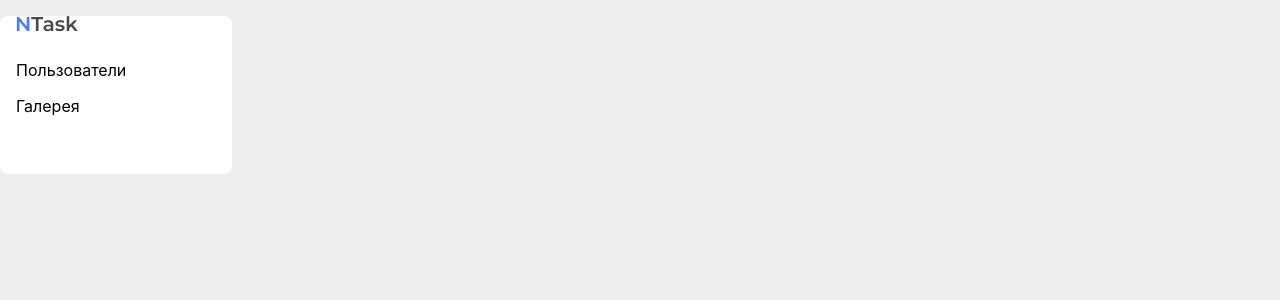
Repository: Grid-Master/NTask
Page: /
An editor plug-in stored every save of this project. The page is shown before and after the next save, followed by the edit.
The browser window is 1280 px wide. The pictures show the whole page.
The project was rebuilt for these pictures with package versions that can differ from the ones it lists, and the page was loaded fresh each time.

Above is the page before, as saved 2023-06-02 15:25:40.

After the next save:
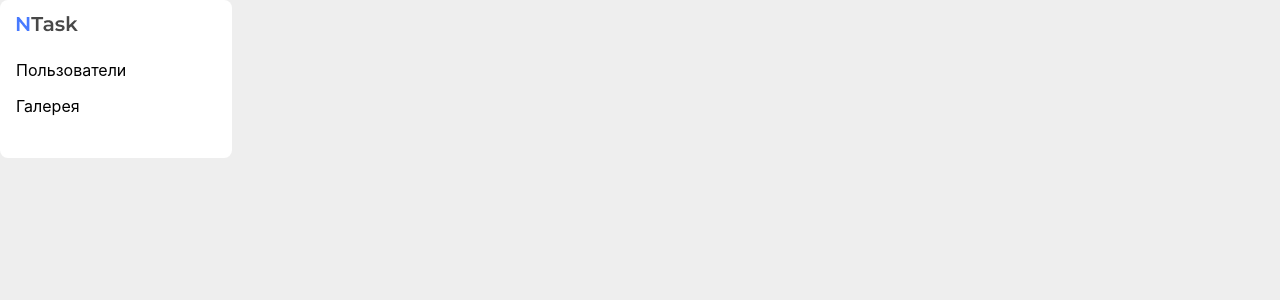
Saved 11 s later.
--- a/src/components/navabar/navbar.sass
+++ b/src/components/navabar/navbar.sass
@@ -5,6 +5,6 @@
     border-radius: 8px
     padding: 0 16px
     &__imagecontainer
-        margin: 16px 0
+        padding: 16px 0
     &__item
         padding: 8px 0
